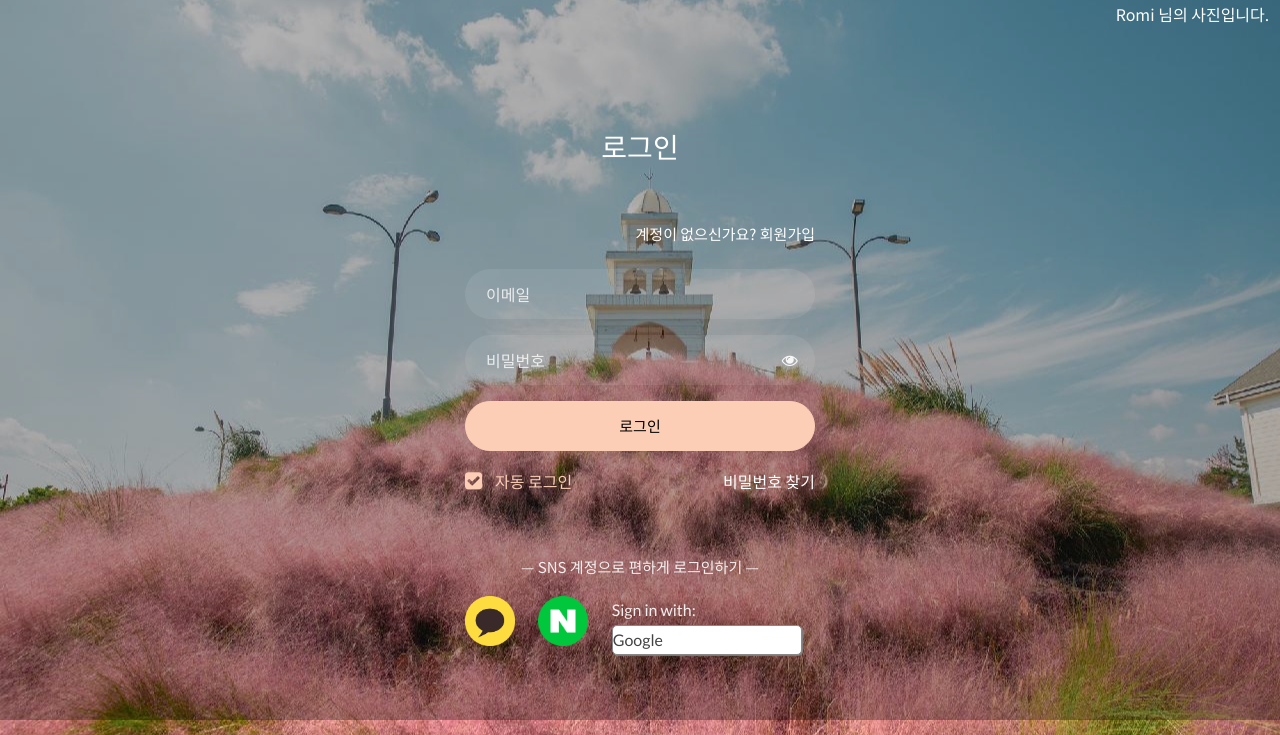
Repository: jangseohyun/LEGGO_2021
Page: http://localhost/PrjApp/Login.jsp
These files come from the project's save history. The page is drawn as it stood at one moment and after the next save; the edit follows.
The browser window is 1280 px wide. The pictures show the whole page.
The page is served by Tomcat 9.

Above is the page before, as saved 2021-06-28 12:18:32.

After the next save:
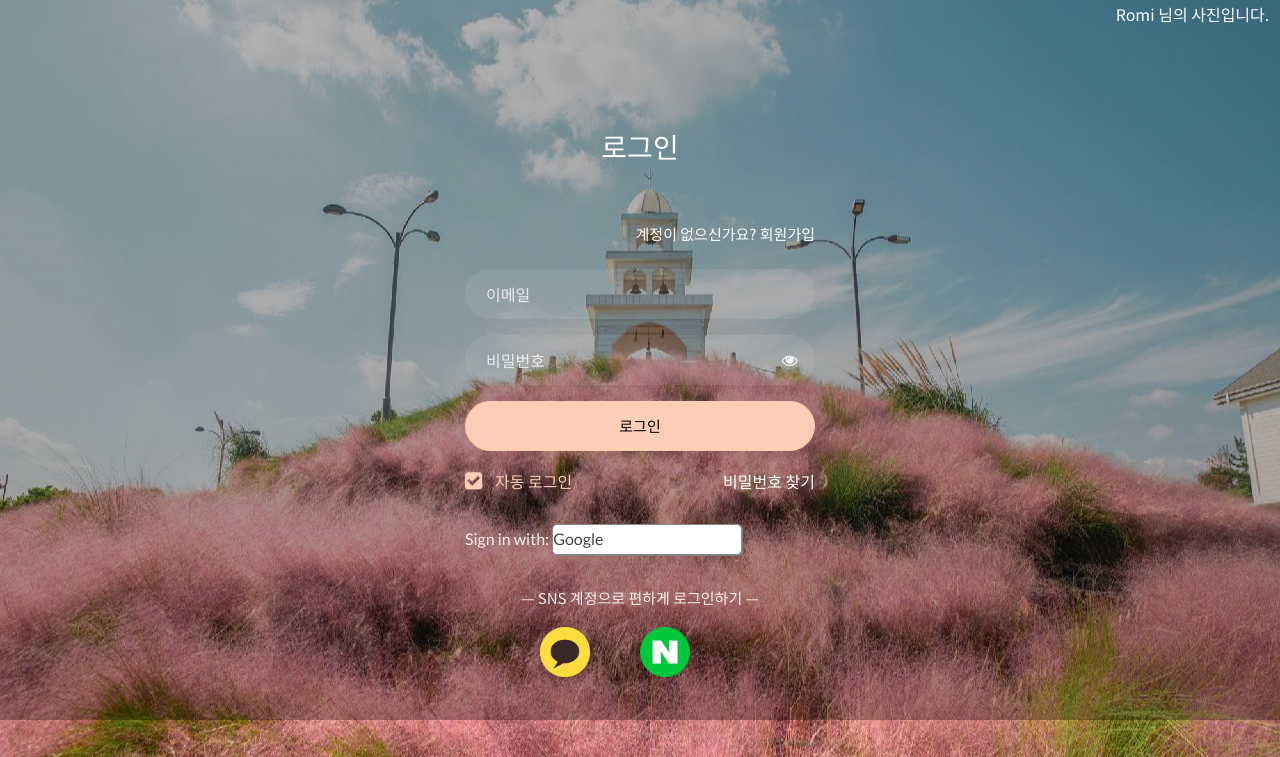
Saved 25 s later.
--- a/PrjApp/WebContent/Login.jsp
+++ b/PrjApp/WebContent/Login.jsp
@@ -99,18 +99,18 @@
 								</div>
 							</div>
 						</form>
-						<br><p class="w-100 text-center" style="font-family: 'Noto Sans KR', sans-serif; font-size: 15px;">&mdash; SNS 계정으로 편하게 로그인하기 &mdash;</p>
-						<div class="social d-flex">
-							<div style="width: 100px;"><img src="images/kakao_login.png" width="50px"></div>
-							<div style="width: 100px;"><img src="images/naver_login.png" width="50px" style="border-radius: 5px;"></div>
-							<div class="googlelogin g-signin2" data-width="50" data-height="50" data-longtitle="true" data-onsuccess="onSignIn">
-							<div id="gSignInWrapper">
+													<div id="gSignInWrapper">
 							    <span class="label">Sign in with:</span>
 							    <div id="customBtn" class="customGPlusSignIn">
 							      <span class="icon"></span>
 							      <span class="buttonText">Google</span>
 							    </div>
 							  </div>
+						<br><p class="w-100 text-center" style="font-family: 'Noto Sans KR', sans-serif; font-size: 15px;">&mdash; SNS 계정으로 편하게 로그인하기 &mdash;</p>
+						<div class="social d-flex">
+							<div style="width: 100px;"><img src="images/kakao_login.png" width="50px"></div>
+							<div style="width: 100px;"><img src="images/naver_login.png" width="50px" style="border-radius: 5px;"></div>
+							<div class="googlelogin g-signin2" data-width="50" data-height="50" data-longtitle="true" data-onsuccess="onSignIn">
 						</div>
 					</div>
 				</div>
